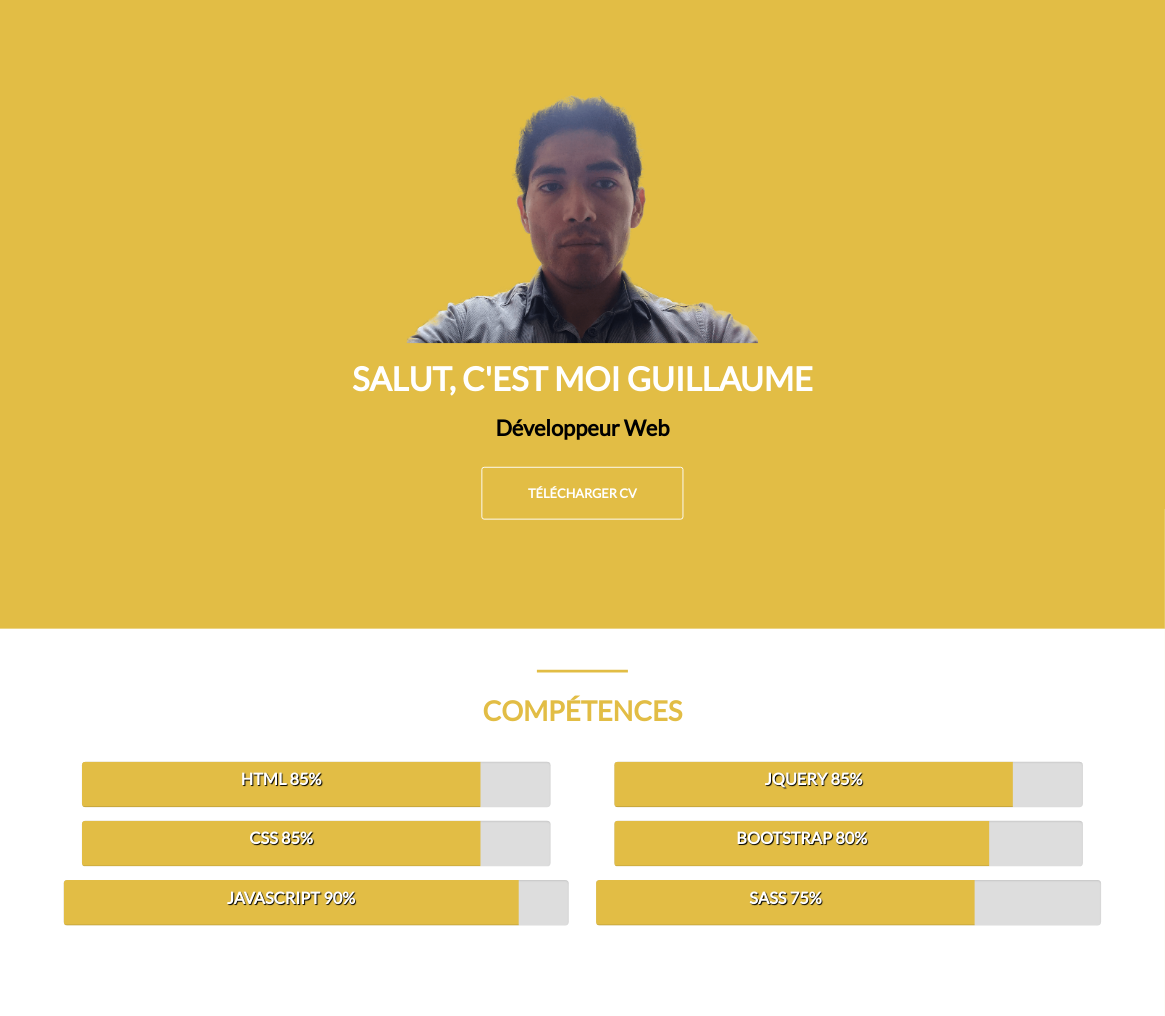
Repository: 0Memo/mon-cv
Page: index.html
These files come from the project's save history. The page is drawn as it stood at one moment and after the next save; the edit follows.
The browser window is 1280 px wide. The pictures show the whole page, at 91% of full size.

Above is the page before, as saved 2020-12-28 21:25:16.

After the next save:
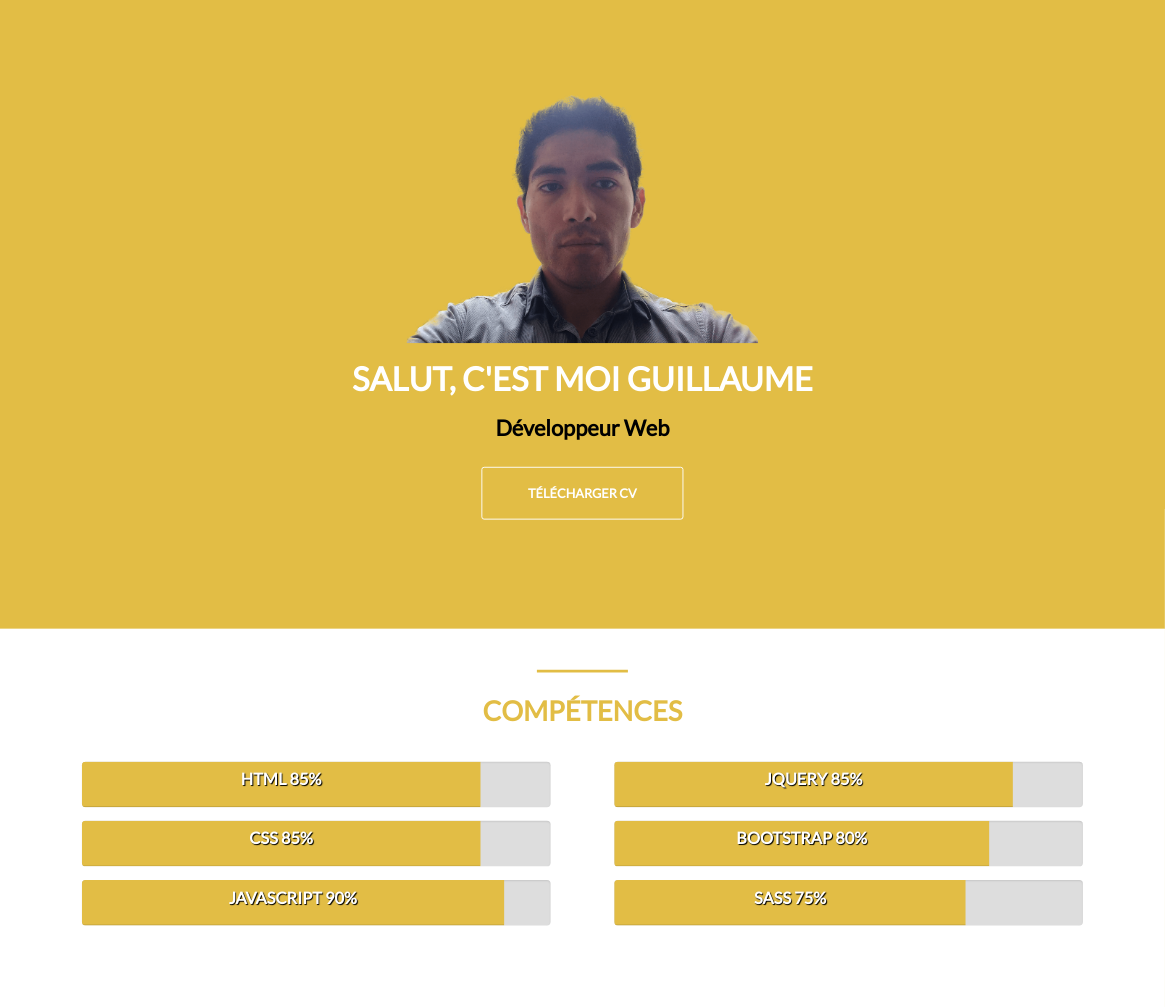
Saved 31 s later.
--- a/css/styles.css
+++ b/css/styles.css
@@ -82,6 +82,10 @@ section {
     background: #ddd;
 }
 
+#skills .progress:last-child {
+    margin: 10px 20px;
+}
+
 #skills .progress:not(:last-child) {
     margin: 15px 20px;
 
